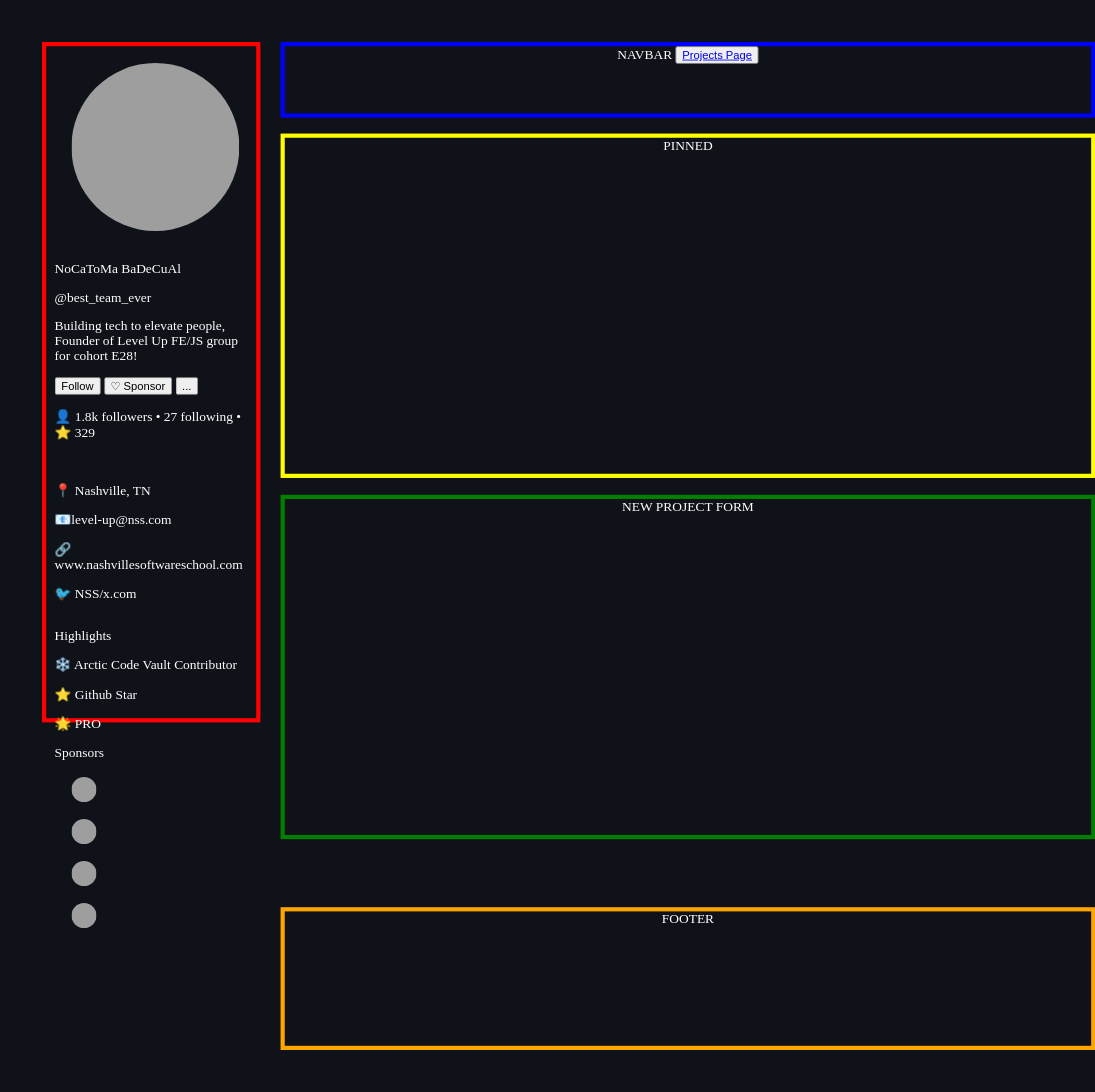
Repository: nss-evening-cohort-28/nss-evening-cohort-28-classroom-gitsub-Q1-project-gitsub
Page: index.html
The author's editor kept a copy of each file at every save. The page is drawn from the files as they stood at one save, then again after the next save.
The browser window is 1280 px wide. The page is 1304 px wide, so the pictures cover 1304 px, including what lies to the right of the window. The pictures show the whole page, at 84% of full size.
Pictures or frames that could not be fetched are drawn as grey boxes.

Above is the page before, as saved 2024-08-07 20:46:02.

After the next save:
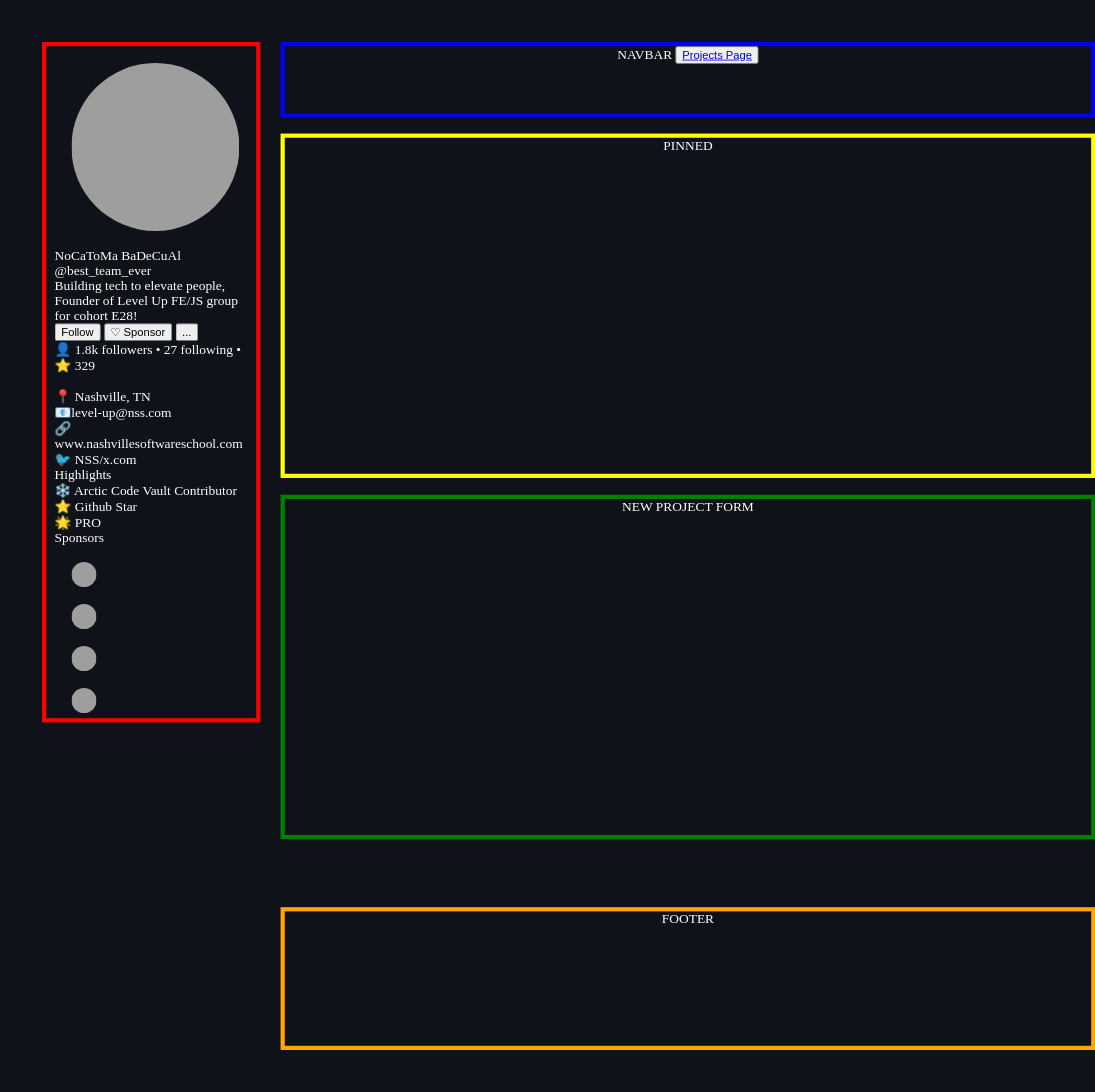
Saved 14 s later.
--- a/main.css
+++ b/main.css
@@ -58,7 +58,7 @@
 }
 
 /* Noah Styling: Profile Section Start*/
-.p {
+p {
     margin: 0;
 }
 
